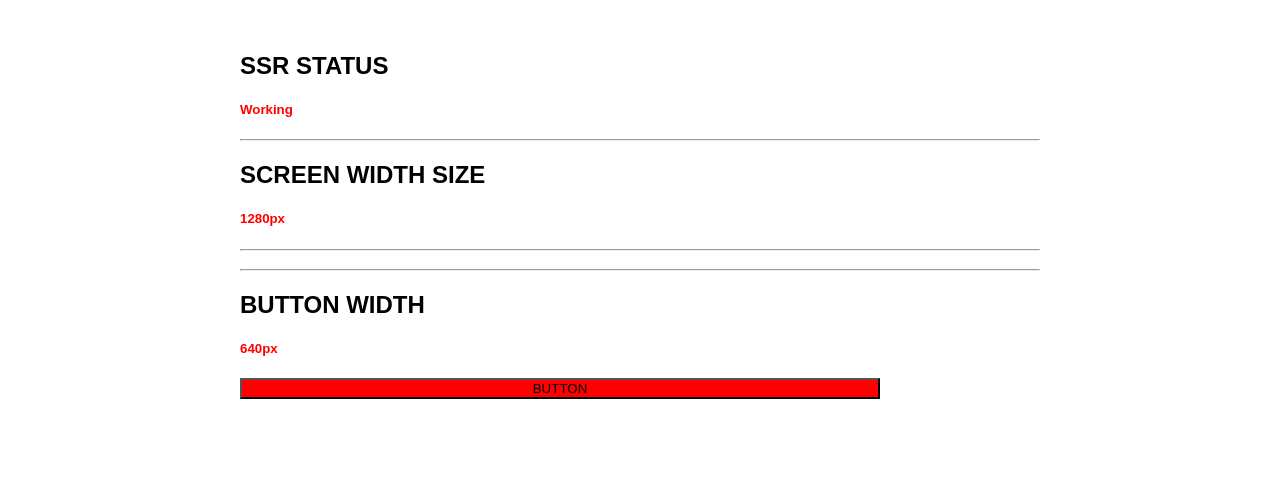
Repository: adrihle/screen-detector-nextpwa
Page: /
An editor plug-in stored every save of this project. The page is shown before and after the next save, followed by the edit.
The browser window is 1280 px wide. The pictures show the whole page.
The project was rebuilt for these pictures with package versions that can differ from the ones it lists, and the page was loaded fresh each time. The framework's server and built-in components were replaced by stand-ins that run in the browser. Imported but missing from the stored project, and not drawn on this page: pages/_document.

Above is the page before, as saved 2020-12-28 14:27:18.

After the next save:
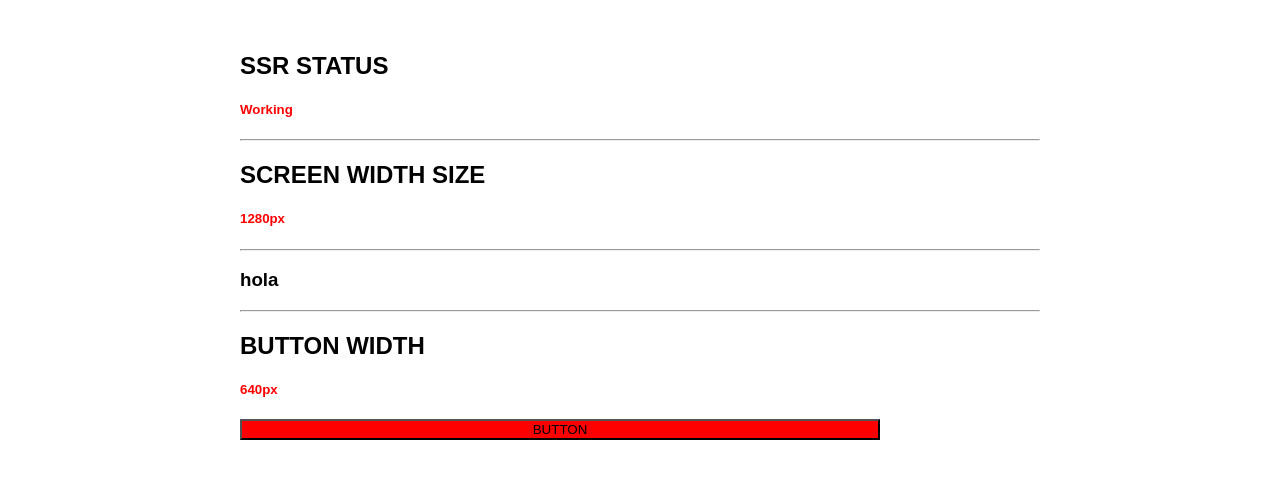
Saved 24 s later.
--- a/pages/index.js
+++ b/pages/index.js
@@ -2,7 +2,7 @@ import { useEffect, useState } from 'react'
 import ScreenSizeLayout from '../components/layouts/ScreenSizeLayout'
 
 
-const Index = ({ server, ss }) => {
+const Index = ({ server, value }) => {
 
   const [size, setSize] = useState()
 
@@ -26,7 +26,7 @@ const Index = ({ server, ss }) => {
         <h2>SCREEN WIDTH SIZE</h2>
         <h5 style={{color:'red'}}>{width}</h5>
         <hr/>
-        <h3>{ss}</h3>
+        <h3>{value}</h3>
         <hr/>
         {size>240 && (
           <>
